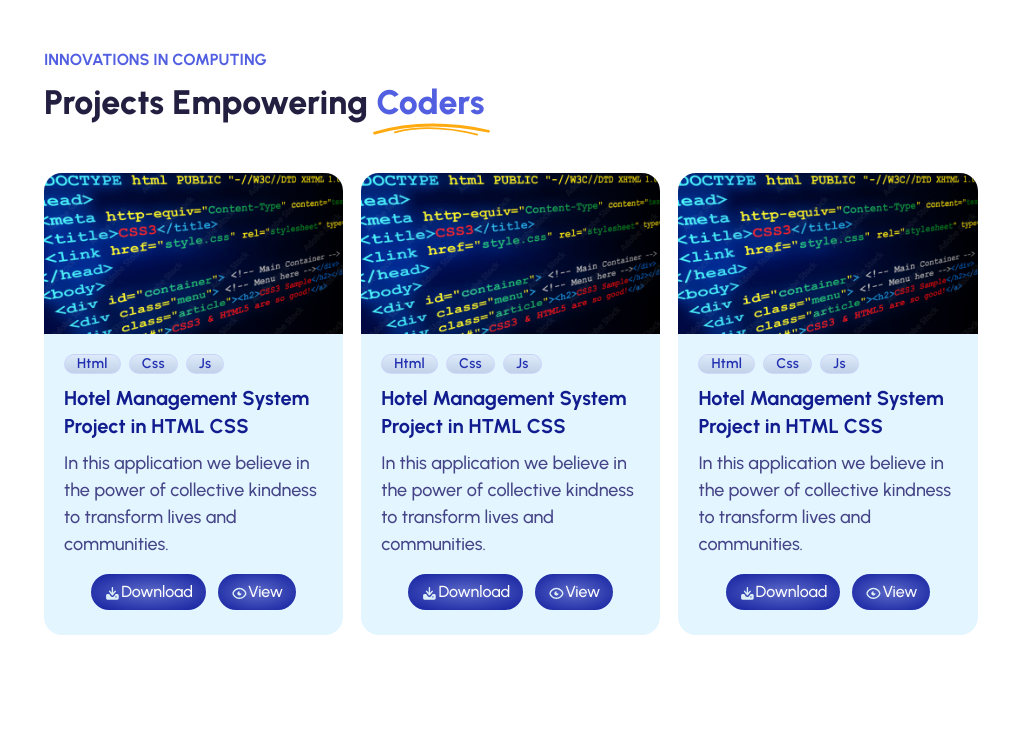
Repository: sharma171/jtccreativeideas
Page: /newsection (app in nextjssite/)
An editor plug-in stored every save of this project. The page is shown before and after the next save, followed by the edit.
The browser window is 1024 px wide. The pictures show the whole page.
The project was rebuilt for these pictures with package versions that can differ from the ones it lists, and the page was loaded fresh each time. The framework's server and built-in components were replaced by stand-ins that run in the browser. Also part of the build but not shown: nextjssite/next.config.mjs.

Above is the page before, as saved 2024-03-28 16:26:34.

### nextjssite/src/app/layout.js
// import { Inter } from "next/font/google";
// import "./globals.css";
import 'bootstrap/dist/css/bootstrap.min.css';

// const inter = Inter({ subsets: ["latin"] });

export const metadata = {
  title: "Create Next App",
  description: "Generated by create next app",
};

 const RootLayout = ({ children }) => {
  return (
    <html lang="en">
      <body>
        {/* Layout UI */}
        <main>{children}</main>
      </body>
    </html>
  )
}
export default RootLayout;

### nextjssite/src/app/newsection/page.jsx
import React from 'react'
import "./page.css"
import Headicon from "./after-head-icon.svg"
import Image from 'next/image'
import Link from 'next/link'
import Projimg1 from './images/projsection1.png'
import Projimg2 from './images/projsection2.png'
import Projimg3 from './images/projsection3.png'
import Downloadicon from './images/Download-icon.svg'
import Viewicon from './images/view-icon.svg'
const Page = () => {
    return(
        <>
        <section className="projects">
            <div className="container">
                <div className="col-flex main-head">
                    <h5 className="small-head">Innovations in Computing</h5>
                    <h3 className="bghead">Projects Empowering <span>Coders
                        <Image src={Headicon}></Image></span></h3>
                </div>
                <ul className="project-cards">
                    <li>

                        <div className="card-inner">
                            <Image src={Projimg1} alt="project" className="thumb"></Image>
                            <div className="info">
                                <div className="tech-info">
                                    <span>Html</span>
                                    <span>Css</span>
                                    <span>Js</span>
                                </div>
                                <Link href="/newsection" className="text-link">
                                    <h3 className="heading">
                                        Hotel Management System Project in HTML CSS
                                    </h3>
                                </Link>
                                <p className="cardpara">
                                    In this application we believe in the power of collective kindness to transform lives and communities.
                                </p>
                                <div className="card-button">
                                    <a href="" className="bot-button">
                                        <Image src={Downloadicon} alt='icon'></Image>
                                        Download
                                    </a>
                                    <a href="" className="bot-button">
                                        <Image src={Viewicon} alt='icon'></Image>
                                        View
                                    </a>
                                </div>
                            </div>
                        </div>
                    </li>
                    <li>

                            <div className="card-inner">
                                <Image src={Projimg1} alt="project" className="thumb"></Image>
                                <div className="info">
                                    <div className="tech-info">
                                        <span>Html</span>
                                        <span>Css</span>
                                        <span>Js</span>
                                    </div>
                                    <Link href="/newsection" className="text-link">
                                        <h3 className="heading">
                                            Hotel Management System Project in HTML CSS
                                        </h3>
                                    </Link>
                                    <p className="cardpara">
                                        In this application we believe in the power of collective kindness to transform lives and communities.
                                    </p>
                                    <div className="card-button">
                                        <a href="" className="bot-button">
                                            <Image src={Downloadicon} alt='icon'></Image>
                                            Download
                                        </a>
                                        <a href="" className="bot-button">
                                            <Image src={Viewicon} alt='icon'></Image>
                                            View
                                        </a>
                                    </div>
                                </div>
                            </div>
                    </li>
                    <li>

                            <div className="card-inner">
                                <Image src={Projimg1} alt="project" className="thumb"></Image>
                                <div className="info">
                                    <div className="tech-info">
                                        <span>Html</span>
                                        <span>Css</span>
                                        <span>Js</span>
                                    </div>
                                    <Link href="/newsection" className="text-link">
                                        <h3 className="heading">
                                            Hotel Management System Project in HTML CSS
                                        </h3>
                                    </Link>
                                    <p className="cardpara">
                                        In this application we believe in the power of collective kindness to transform lives and communities.
                                    </p>
                                    <div className="card-button">
                                        <a href="" className="bot-button">
                                            <Image src={Downloadicon} alt='icon'></Image>
                                            Download
                                        </a>
                                        <a href="" className="bot-button">
                                            <Image src={Viewicon} alt='icon'></Image>
                                            View
                                        </a>
                                    </div>
                                </div>
                            </div>
                    </li>
                </ul>
            </div>
        </section>
        <section className="project-category">
            <div className="container">

            </div>
        </section>
        </>
    )
}
export default Page;

### nextjssite/src/app/newsection/page.css
@import url('https://fonts.googleapis.com/css2?family=Urbanist:ital,wght@0,100..900;1,100..900&display=swap');
* {
    font-family: 'Urbanist', sans-serif;
    font-optical-sizing: auto;
}

section.projects {
    padding: 50px 0;
}
.main-head .small-head {
    color: #525fe1;
    font-size: 16px;
    font-weight: 700;
    text-transform: uppercase;
}
.main-head .bghead {
    color: #231f40;
    font-size: 34px;
    line-height: 1.5em;
    font-weight: 800;
}
.main-head .bghead span {
    color: #525fe1;
    position: relative;
}
.main-head .bghead span img {
    position: absolute;
    top: 100%;
    left: -5.9999999999999964px;
    width: 122.29999999999994px;
    height: 12.600000000000012px;
}
.project-cards {
    padding: 0;
    margin: 45px 0;
    list-style: none;
    display: flex;
    flex-direction: row;
    gap: 45px;
}
.project-cards li {
    width: calc(33.33333333333333% - 30px);
    border-radius: 18px;
    background: #E3F5FF;
}
.project-cards li .card-inner {
    display: flex;
    flex-direction: column;
    width: 100%;
    border-top-left-radius: 18px;
    border-top-right-radius: 18px;
}
.project-cards li .card-inner .thumb {
    width: 100%;
    max-width: 100%;
    height: auto;
    object-fit: cover;
    border-top-left-radius: 18px;
    border-top-right-radius: 18px;
}
.project-cards li .card-inner .info {
    padding: 20px 20px;
    display: flex;
    flex-direction: column;
    gap: 10px;
}

.project-cards li .card-inner .info .tech-info {
    display: flex;
    flex-direction: row;
    align-items: center;
    gap: 12px;
}
.project-cards li .card-inner .info .tech-info span {
    height: 25px;
    font-size: 16px;
    color: #222FB0;
    padding: 0 15px;
    font-weight: 600;
    letter-spacing: 0.3px;
    line-height: 16px;
    background: linear-gradient(181deg, #d2d7f152, #C0D0E7);
    align-content: center;
    border-radius: 19px;
    border: 1px solid #ccd3fbc2;
}
.project-cards li .card-inner .info .text-link {
    text-decoration: none;
}
.project-cards li .card-inner .info .heading {
    font-size: 24px;
    line-height: 1.4em;
    font-weight: 700;
    color: #111D8F;
    margin: 0;
}
.project-cards li .card-inner .info .cardpara {
    font-size: 18px;
    line-height: 1.5em;
    font-weight: 500;
    color: #444487;
    margin: 0 0 6px 0;
}
.project-cards li .card-inner .info .card-button {
    display: flex;
    flex-direction: row;
    align-items: center;
    justify-content: center;
    gap: 12px;
    margin-bottom: 5px;
}
.project-cards li .card-inner .info .card-button .bot-button {
    background: radial-gradient(#5C6AC8, #121F9F);
    padding: 6px 13px;
    font-size: 16px;
    line-height: 1.5em;
    align-content: center;
    border-radius: 20px;
    text-decoration: none;
    color: #fff;
    font-weight: 500;
}
@media (max-width: 1200px) and (min-width:992px){
    .project-cards li .card-inner .info .tech-info span{
        font-size: 14px;
        padding: 0 12px;
        height: 20px;
    }
    .project-cards li .card-inner .info .tech-info {
        gap: 8px;
    }
    .project-cards li .card-inner .info .heading {
        font-size: 20px;
    }
    .project-cards {
        gap:18px;

    }
    .project-cards li {
        width: calc(33.33333333333333% - 12.8px);
    }
}

After the next save:
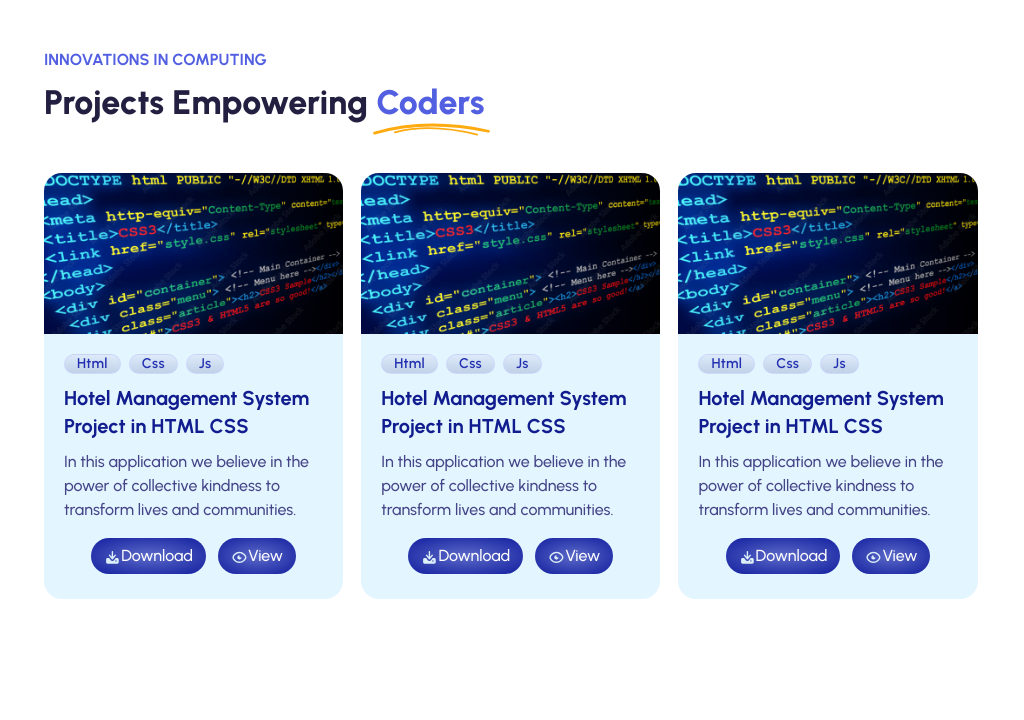
Saved 24 s later.
--- a/nextjssite/src/app/newsection/page.css
+++ b/nextjssite/src/app/newsection/page.css
@@ -132,6 +132,9 @@ section.projects {
     .project-cards li .card-inner .info .heading {
         font-size: 20px;
     }
+    .project-cards li .card-inner .info .cardpara {
+        font-size: 16px;
+    }
     .project-cards {
         gap:18px;
 
